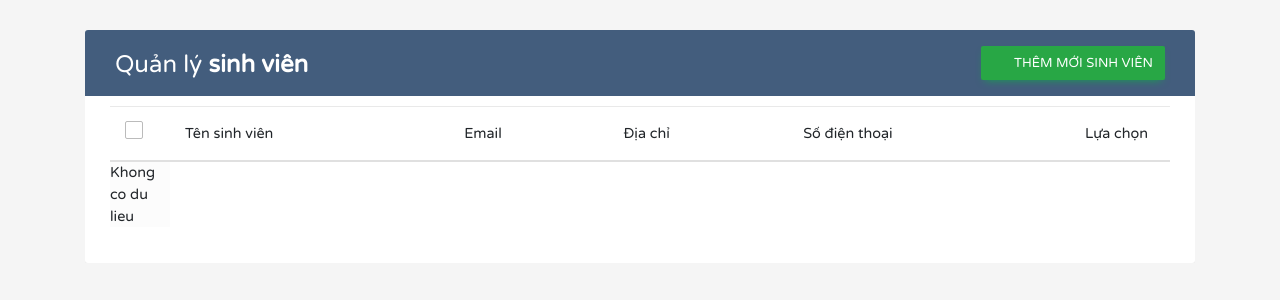
Repository: TinhTT336/MD02_Session06
Page: /
The author's editor kept a copy of each file at every save. The page is drawn from the files as they stood at one save, then again after the next save.
The browser window is 1280 px wide. The pictures show the whole page.
Some web libraries are served in a nearby version. The project was rebuilt for these pictures with package versions that can differ from the ones it lists, and the page was loaded fresh each time. Also part of the build but not shown: vite.config.js, src/App.css, src/mini_project/TodoList.jsx, src/mini_project/Todo.jsx, src/base/Input.jsx, src/base/Radio.jsx, src/base/Checkbox.jsx, src/Homework/AddModal.jsx and 7 more.

Above is the page before, as saved 2023-09-04 05:15:12.

After the next save:
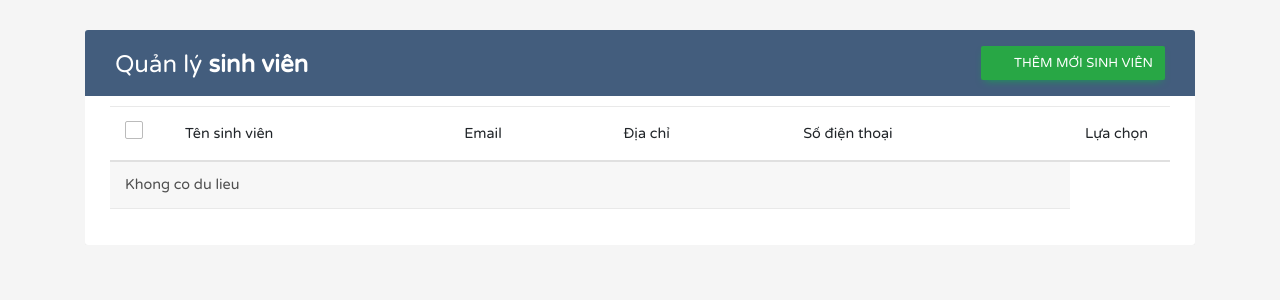
Saved 75 s later.
--- a/src/ManagerStudent/ListStudent.jsx
+++ b/src/ManagerStudent/ListStudent.jsx
@@ -61,7 +61,7 @@ export default function ListStudent() {
                                 </tr>
                             </thead>
                             <tbody>
-                                {listStudent.length === 0 ? (<><tr aria-colspan={5}>Khong co du lieu</tr></>) : (<>{listStudent.map(st => (
+                                {listStudent.length === 0 ? (<><tr><td colSpan={5}>Khong co du lieu</td></tr></>) : (<>{listStudent.map(st => (
                                     <tr key={st.studentId}>
                                         <td>
                                             <span className="custom-checkbox">
